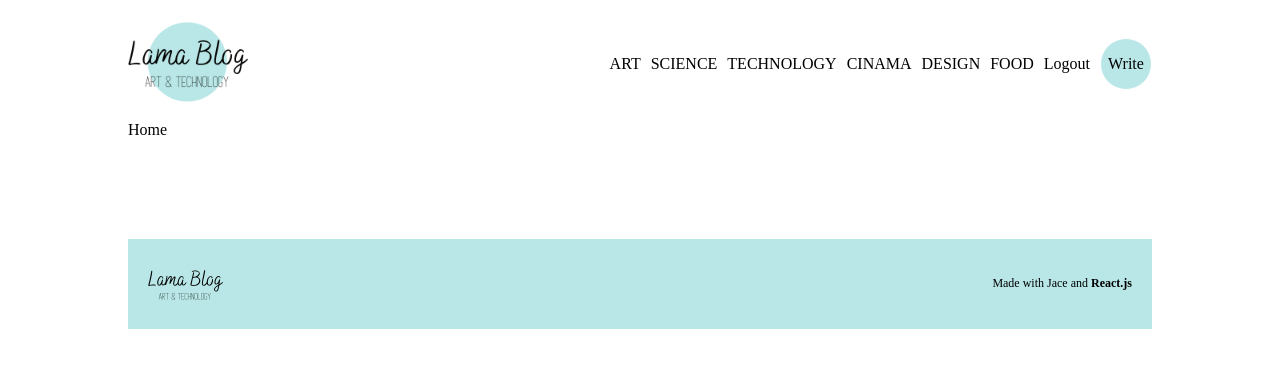
Repository: Jace9999/V-Blog
Page: / (app in client/youtube2022/)
These files come from the project's save history. The page is drawn as it stood at one moment and after the next save; the edit follows.
The browser window is 1280 px wide. The pictures show the whole page.
The project was rebuilt for these pictures with package versions that can differ from the ones it lists, and the page was loaded fresh each time. Also part of the build but not shown: client/youtube2022/src/pages/Register.jsx, client/youtube2022/src/pages/Single.jsx, client/youtube2022/src/pages/Write.jsx, client/youtube2022/src/pages/Login.jsx.

Above is the page before, as saved 2023-08-02 15:37:00.

### client/youtube2022/src/App.jsx
import {
  createBrowserRouter,
  RouterProvider,
  Route,
  Outlet,
} from "react-router-dom"

import { Register } from "./pages/Register";
import { Home } from "./pages/Home";
import { Single } from "./pages/Single";
import { Write } from "./pages/Write";
import { Login } from "./pages/Login";
import { Navbar } from "./components/Navbar";
import { Footer } from "./components/Footer";
import "./style.scss"

const Layout = ()=>{
  return (
    <>
    <Navbar/>
    <Outlet/>
    <Footer/>
    </>
  );
};

const router = createBrowserRouter([
  {
    path: "/",
    element: <Layout/>,
    children:[
      {
       path:"/",
        element:<Home/>
      },
      {
        path:"/post/:id",
        element:<Single/>
      },
      {
        path:"/write",
        element:<Write/>
      }
  ]
  },
  {
    path: "/register",
    element: <Register/>
  },
  {
    path: "/single",
    element: <Single/>
  },
  {
    path: "/write",
    element: <Write/>
  },
  {
    path: "/login",
    element: <Login/>
  },
  {
    path: "/home",
    element: <Home/>
  }

]);



function App() {
  return (
    <div className="app">
      <div className="container">

        <RouterProvider router= {router}/>

      </div>
    </div>);
}



export default App;

### client/youtube2022/src/components/Navbar.jsx
import React from 'react'
import Logo from "../image/logo.png"
import {Link} from 'react-router-dom'

export const Navbar = () => {
  return (
    <div className='navbar'>
        <div className='container'>
            <div className='logo'><img src={Logo} alt=""></img></div>
            <div className='links'>
                <Link className='link' to="/?cat=art"><h6>ART</h6></Link>
                <Link className='link' to="/?cat=science"><h6>SCIENCE</h6></Link>
                <Link className='link' to="/?cat=technology"><h6>TECHNOLOGY</h6></Link>
                <Link className='link' to="/?cat=cinema"><h6>CINAMA</h6></Link>
                <Link className='link' to="/?cat=design"><h6>DESIGN</h6></Link>
                <Link className='link' to="/?cat=food"><h6>FOOD</h6></Link>
                <span>Logout</span>
                <span className='write'>
                    <Link className="link" to="/write">Write</Link>
                </span>
            </div>
        </div>
    </div>
  )
}

### client/youtube2022/src/components/Footer.jsx
import React from 'react'
import Logo from "../image/logo.png"

export const Footer = () => {
  return (
    <footer>
        <img src={Logo} alt=""/>
        <span>
            Made with Jace and <b>React.js</b>
        </span>
    </footer>
  )
}

### client/youtube2022/src/style.scss
$lightGreen: #b9e7e7;

.app {
  display: flex;
  justify-content: center;
  .container {
    width: 1024px;

    .link {
      text-decoration: none;
      color: inherit;
    }
    //LOGIN & REGISTER

    .auth {
      display: flex;
      flex-direction: column;
      align-items: center;
      justify-content: center;
      height: 100vh;
      background-color: $lightGreen;

      h1 {
        font-size: 20px;
        color: teal;
        margin-bottom: 20px;
      }

      form {
        display: flex;
        flex-direction: column;
        padding: 50px;
        background-color: white;
        width: 200px;
        gap: 20px;

        input {
          padding: 10px;
          border: none;
          border-bottom: 1px solid gray;
        }

        button {
          padding: 10px;
          border: none;
          background-color: teal;
          cursor: pointer;
          color: white;
        }

        p {
          font-size: 12px;
          color: red;
          text-align: center;
        }

        span {
          font-size: 12px;
          text-align: center;
        }
      }
    }

    //NAVBAR

    .navbar {
      .container {
        padding: 10px 0px;
        display: flex;
        align-items: center;
        justify-content: space-between;
        .logo {
          img {
            width: 120px;
          }
        }
        .links {
          display: flex;
          align-items: center;
          gap: 10px;

          h6 {
            font-size: 16px;
            font-weight: 300;
          }

          span {
            cursor: pointer;
          }

          .write {
            background-color: $lightGreen;
            width: 50px;
            height: 50px;
            border-radius: 50%;
            display: flex;
            align-items: center;
            justify-content: center;
            font-weight: 300;
            border: 1px solid white;

            &:hover {
              color: teal;
              background-color: white;
              border: 1px solid teal;
            }
          }
        }
      }
    }

    //FOOTER

    footer {
      margin-top: 100px;
      padding: 20px;
      background-color: $lightGreen;
      display: flex;
      align-items: center;
      justify-content: space-between;
      font-size: 12px;
      img {
        height: 50px;
      }
    }

    //HOME

    .home {
      .posts {
        margin-top: 50px;
        display: flex;
        flex-direction: column;
        gap: 150px;

        .post {
          display: flex;
          gap: 100px;

          &:nth-child(2n + 1) {
            flex-direction: row-reverse;
          }

          .img {
            flex: 2;
            position: relative;

            &::after {
              content: "";
              width: 100%;
              height: 100%;
              background-color: $lightGreen;
              position: absolute;
              top: 20px;
              left: -20px;
              z-index: -1;
            }

            img {
              width: 100%;
              max-height: 400px;
              object-fit: cover;
            }
          }

          .content {
            flex: 3;
            display: flex;
            flex-direction: column;
            justify-content: space-between;

            h1 {
              font-size: 48px;
            }

            p {
              font-size: 18px;
            }

            button {
              width: max-content;
              padding: 10px 20px;
              border: none;
              cursor: pointer;
              background-color: white;
              border: 1px solid teal;
              color: teal;

              &:hover {
                border: 1px solid white;
                background-color: $lightGreen;
                color: black;
              }
            }
          }
        }
      }
    }

    //SINGLE

    .single {
      display: flex;
      gap: 50px;

      .content {
        flex: 5;
        display: flex;
        flex-direction: column;
        gap: 30px;

        img {
          width: 100%;
          height: 300px;
          object-fit: cover;
        }

        .user {
          display: flex;
          align-items: center;
          gap: 10px;
          font-size: 14px;
          img {
            width: 50px;
            height: 50px;
            border-radius: 50%;
            object-fit: cover;
          }

          span {
            font-weight: bold;
          }
        }

        .edit {
          display: flex;
          gap: 5px;

          img {
            width: 20px;
            height: 20px;
            cursor: pointer;
          }
        }

        h1 {
          font-size: 42px;
          color: #333;
        }

        p {
          text-align: justify;
          line-height: 30px;
        }
      }
      .menu {
        flex: 2;
        display: flex;
        flex-direction: column;
        gap: 25px;

        h1 {
          font-size: 20px;
          color: #555;
        }

        .post {
          display: flex;
          flex-direction: column;
          gap: 10px;

          img {
            width: 100%;
            height: 200px;
            object-fit: cover;
          }

          h2 {
            color: #555;
          }

          button {
            width: max-content;
            padding: 7.5px 15px;
            border: none;
            cursor: pointer;
            color: teal;
            background-color: white;
            border: 1px solid teal;

            &:hover {
              border: 1px solid white;
              background-color: $lightGreen;
              color: black;
            }
          }
        }
      }
    }

    //WRITE

    .add {
      margin-top: 20px;
      display: flex;
      gap: 20px;

      .content {
        flex: 5;
        display: flex;
        flex-direction: column;
        gap: 20px;

        input {
          padding: 10px;
          border: 1px solid lightgray;
        }

        .editorContainer {
          height: 300px;
          overflow: scroll;
          border: 1px solid lightgray;

          .editor {
            height: 100%;
            border: none;
          }
        }
      }

      .menu {
        flex: 2;
        display: flex;
        flex-direction: column;
        gap: 20px;

        .item {
          border: 1px solid lightgray;
          padding: 10px;
          flex:1;
          display: flex;
          flex-direction: column;
          justify-content: space-between;
          font-size: 12px;
          color: #555;

          h1{
            font-size: 20px;
          }

          .file{
            text-decoration: underline;
            cursor: pointer;
          }

          .buttons{
            display: flex;
            justify-content: space-between;

            :first-child{
              cursor: pointer;
              color: teal;
              background-color: white;
              border: 1px solid teal;
              padding: 3px 5px;
            }
            :last-child{
              cursor: pointer;
              color: white;
              background-color: teal;
              border: 1px solid teal;
              padding: 3px 5px;
            }
          }

          .cat{
            display: flex;
            align-items: center;
            gap: 2px;
            color: teal;
          }
        }
      }
    }
  }
}

Loaded but not shown: client/youtube2022/index.html (common file); client/youtube2022/src/main.jsx (common file); client/youtube2022/src/pages/Home.jsx (common file)

After the next save:
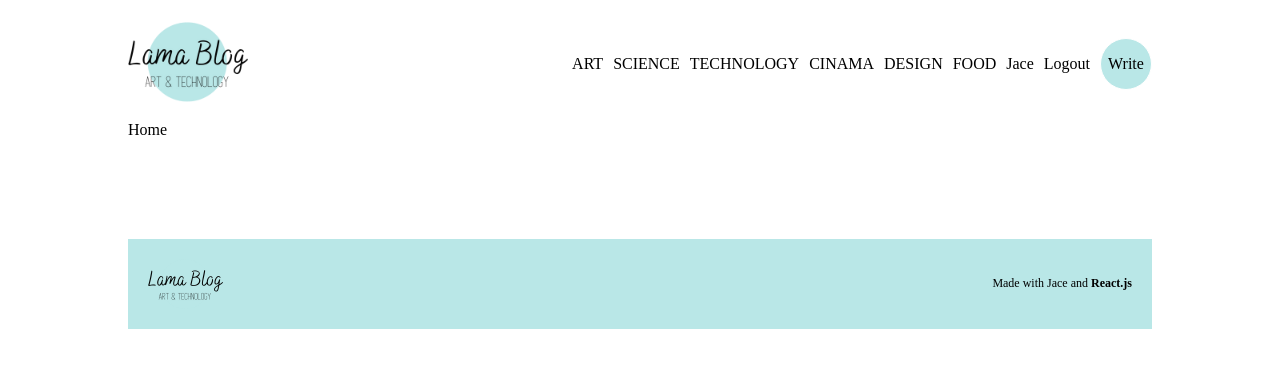
Saved 15 s later.
--- a/client/youtube2022/src/components/Navbar.jsx
+++ b/client/youtube2022/src/components/Navbar.jsx
@@ -14,6 +14,7 @@ export const Navbar = () => {
                 <Link className='link' to="/?cat=cinema"><h6>CINAMA</h6></Link>
                 <Link className='link' to="/?cat=design"><h6>DESIGN</h6></Link>
                 <Link className='link' to="/?cat=food"><h6>FOOD</h6></Link>
+                <span>Jace</span>
                 <span>Logout</span>
                 <span className='write'>
                     <Link className="link" to="/write">Write</Link>
